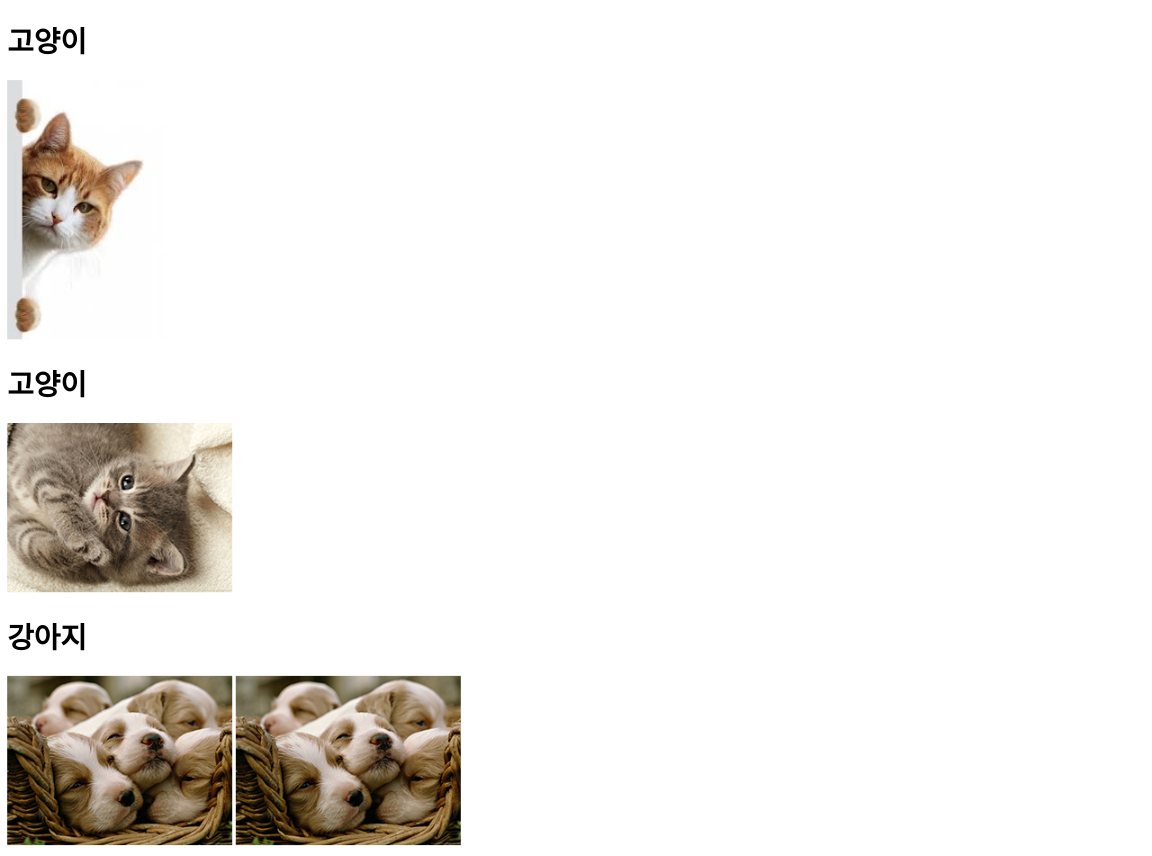
Repository: Chun0903/classStudy_github.io
Page: client/ClientTest/WebContent/ex12_image.html
The author's editor kept a copy of each file at every save. The page is drawn from the files as they stood at one save, then again after the next save.
The browser window is 1280 px wide. The pictures show the whole page, at 90% of full size.

Above is the page before, as saved 2020-06-19 05:40:43.

### client/ClientTest/WebContent/ex12_image.html
<!DOCTYPE html>
<html>
<head>
<meta charset="UTF-8">
<title>Insert title here</title>
</head>
<body>

	<!--

		<img>, Image
		- 이미지를 출력하는 태그
		- 단독 태그
		- 인라인 태그

		img.src 속성
		- 이미지 URL(절대경로 or 상대경로)

		img.alt 속성
		- 대체 텍스트
		- 이미지를 설명하는 텍스트(메타 데이터)
		- 장애인용 텍스트



	-->
	<h1>고양이</h1>
	<img src="images/고양이2.jpg">

	<h1>고양이</h1>
	<img src="images/cat01.jpg" alt="고양이">

	<h1>강아지</h1>
	<img src="images/dog01.jpg">
	<img src="images/dog01.jpg">

</body>
</html>

After the next save:
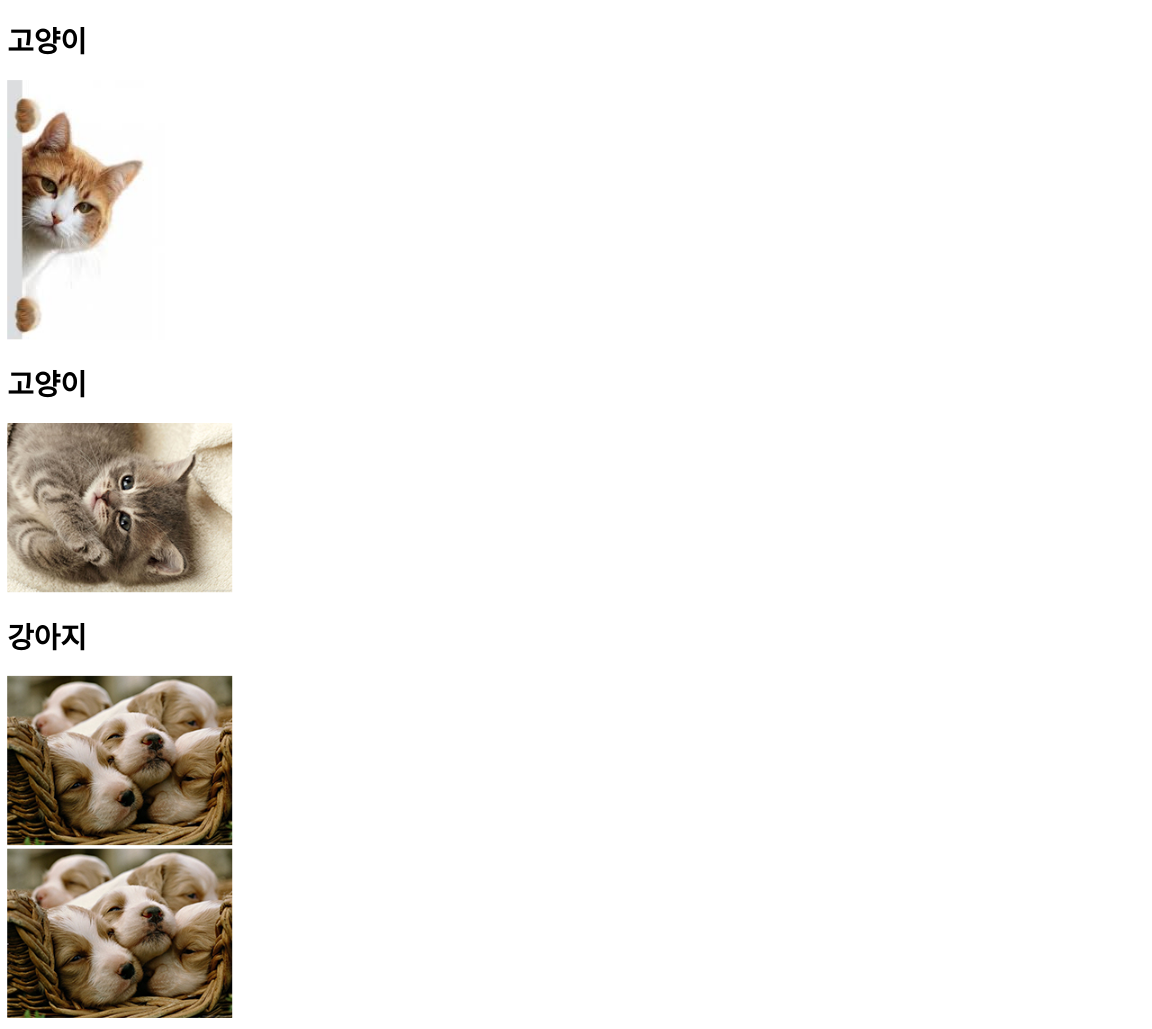
Saved 58 s later.
--- a/client/ClientTest/WebContent/ex12_image.html
+++ b/client/ClientTest/WebContent/ex12_image.html
@@ -31,8 +31,8 @@
 	<img src="images/cat01.jpg" alt="고양이">
 
 	<h1>강아지</h1>
-	<img src="images/dog01.jpg">
-	<img src="images/dog01.jpg">
+	<img src="images/dog01.jpg"><br>
+	<img src="images/dog01.jpg" width="250" height="188"><br>
 
 </body>
 </html>
